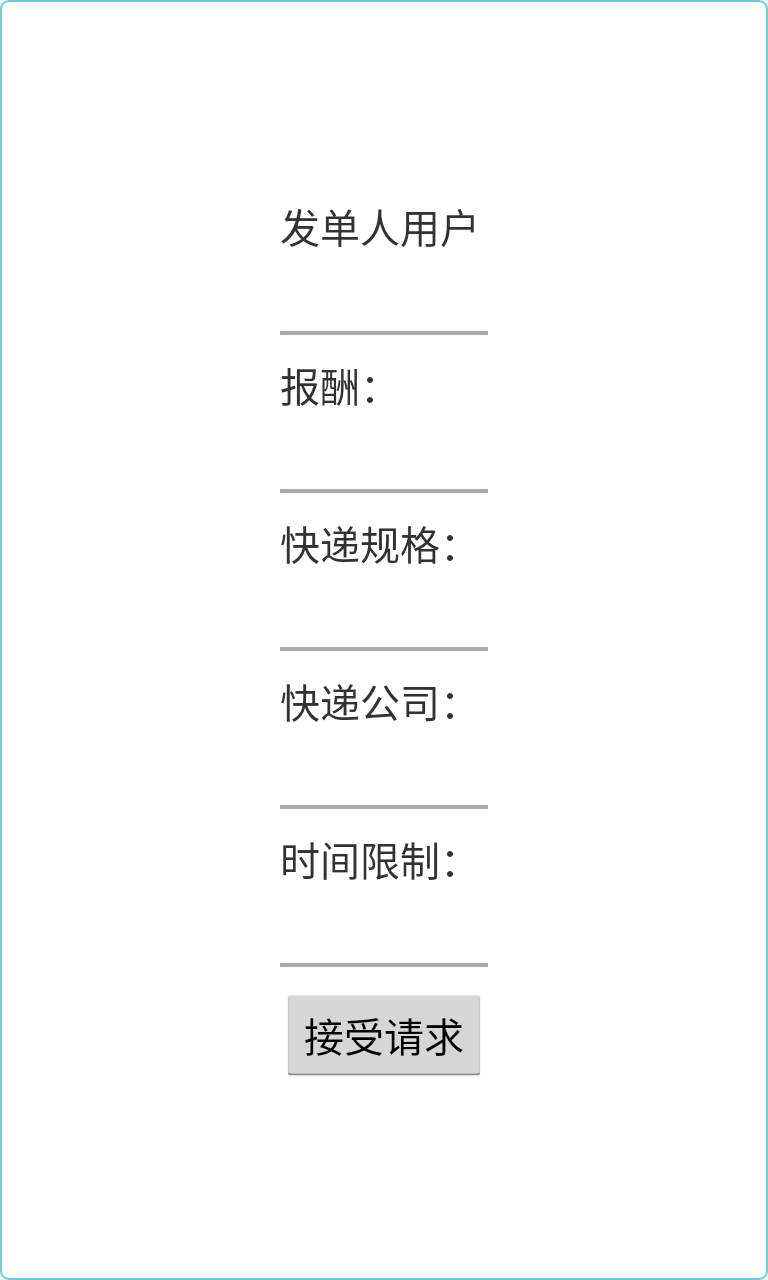
Repository: fariashen/campus-express
Layout: easyCourier/res/layout/activity_requestdetail.xml
An editor plug-in stored every save of this project. The layout is shown before and after the next save, followed by the edit.
It is drawn on a 768 x 1280 px phone screen (xhdpi) without system bars, with theme AppTheme; the app's code is not run.

Above is the layout before, as saved 2016-04-25 07:56:58.

After the next save:
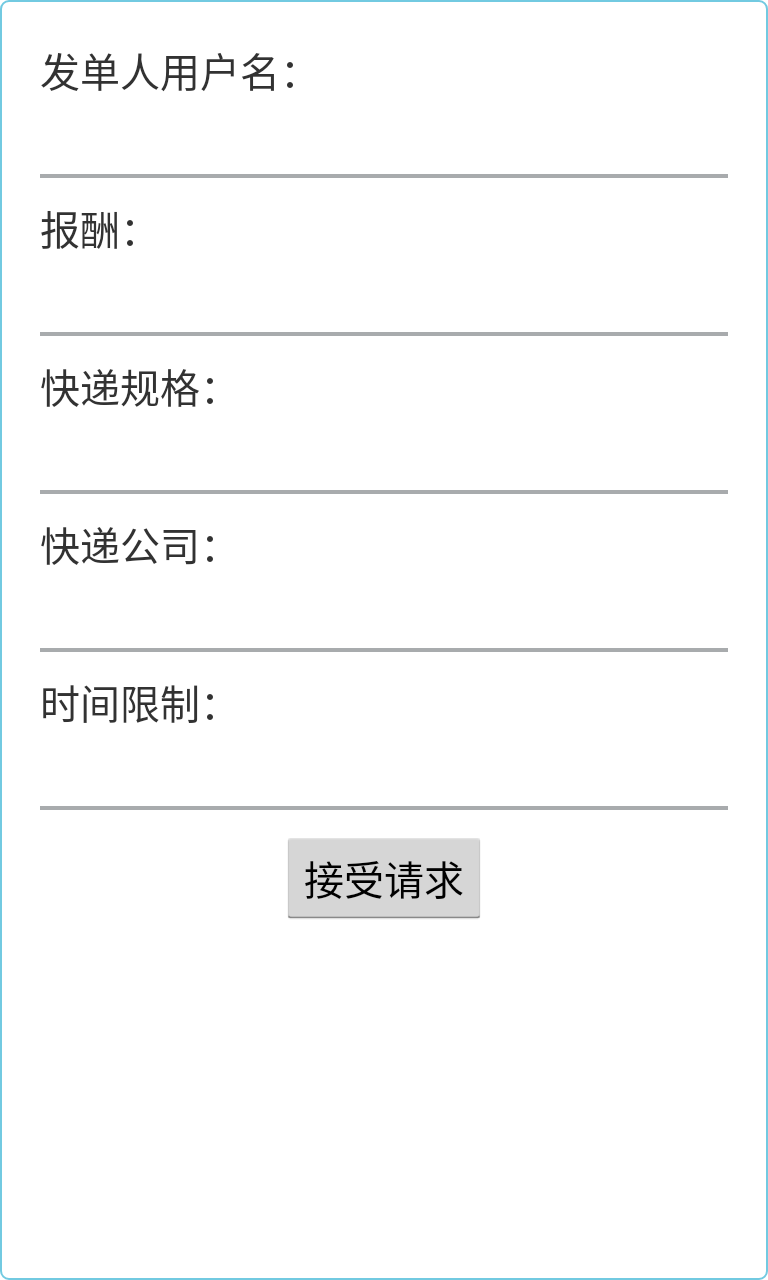
Saved 22 s later.
--- a/easyCourier/res/layout/activity_requestdetail.xml
+++ b/easyCourier/res/layout/activity_requestdetail.xml
@@ -8,8 +8,8 @@
     android:orientation="vertical" >
 
     <ScrollView
-        android:layout_width="wrap_content"
-        android:layout_height="wrap_content" >
+        android:layout_width="fill_parent"
+        android:layout_height="fill_parent" >
 
         <LinearLayout
             android:layout_width="match_parent"
